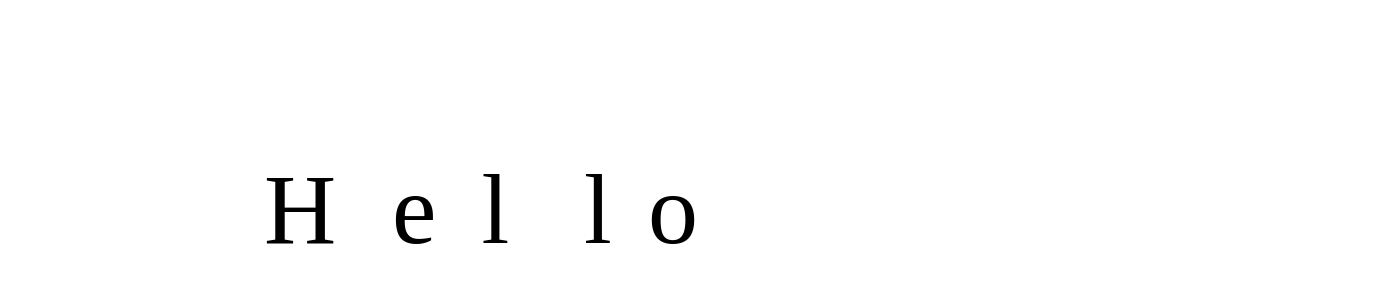
Repository: julihocc/javascript-interview-practice
Page: 01 HTML CSS/Exercise 75/index.html
These files come from the project's save history. The page is drawn as it stood at one moment and after the next save; the edit follows.
The browser window is 1280 px wide. The page is 1400 px wide, so the pictures cover 1400 px, including what lies to the right of the window. The pictures show the whole page.

Above is the page before, as saved 2022-09-30 00:24:51.

### 01 HTML CSS/Exercise 75/index.html

<!DOCTYPE html>
<!--[if lt IE 7]>      <html class="no-js lt-ie9 lt-ie8 lt-ie7"> <![endif]-->
<!--[if IE 7]>         <html class="no-js lt-ie9 lt-ie8"> <![endif]-->
<!--[if IE 8]>         <html class="no-js lt-ie9"> <![endif]-->
<!--[if gt IE 8]>      <html class="no-js"> <!--<![endif]-->
<html>
    <head>
        <meta charset="utf-8">
        <meta http-equiv="X-UA-Compatible" content="IE=edge">
        <title></title>
        <meta name="description" content="">
        <meta name="viewport" content="width=device-width, initial-scale=1">
        <link rel="stylesheet" href="./style.css">
    </head>
    <body>
        <div class="wrapper">
            <div class="letter" id="l1">H</div>
            <div class="letter" id="l2">e</div>
            <div class="letter" id="l3">l</div>
            <div class="letter" id="l4">l</div>
            <div class="letter" id="l5">o</div>
        </div>
        <script src="" async defer></script>
    </body>
</html>

### 01 HTML CSS/Exercise 75/style.css
.wrapper {
    position: relative;
    left: 10vw;
    /* font-size:  100px; */
}

.letter{
    position: absolute;
    font-size: 100px;
    top: 20vh;
}

.letter:hover {
    position: absolute;
    font-size: 300px;
    top: 5vh;
}

#l1, #l1:hover {
    left: 10vw;
}

#l2, #l2:hover {
    left: 20vw;
}

#l3, #l3:hover {
    left: 27vw;
}

#l4, #l4:hover {
    left: 35vw;
}

#l5, #l5:hover {
    left: 40vw;
}

After the next save:
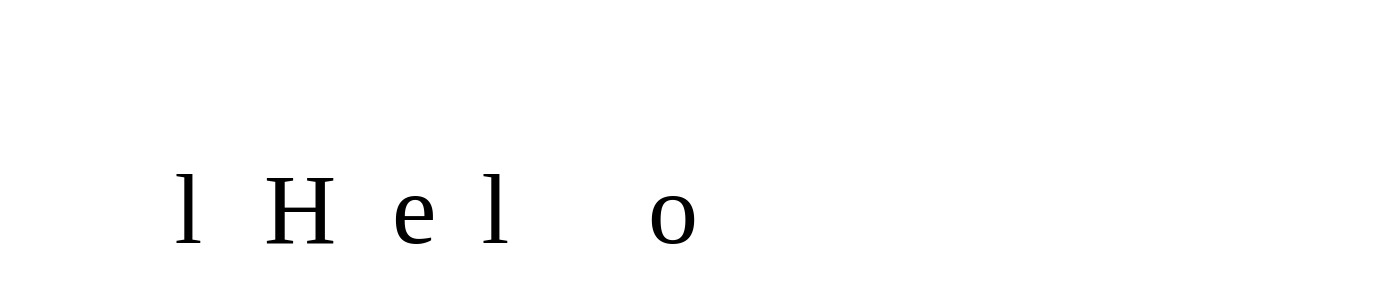
Saved 8 s later.
--- a/01 HTML CSS/Exercise 75/style.css
+++ b/01 HTML CSS/Exercise 75/style.css
@@ -29,7 +29,7 @@
 }
 
 #l4, #l4:hover {
-    left: 35vw;
+    left: 3vw;
 }
 
 #l5, #l5:hover {
